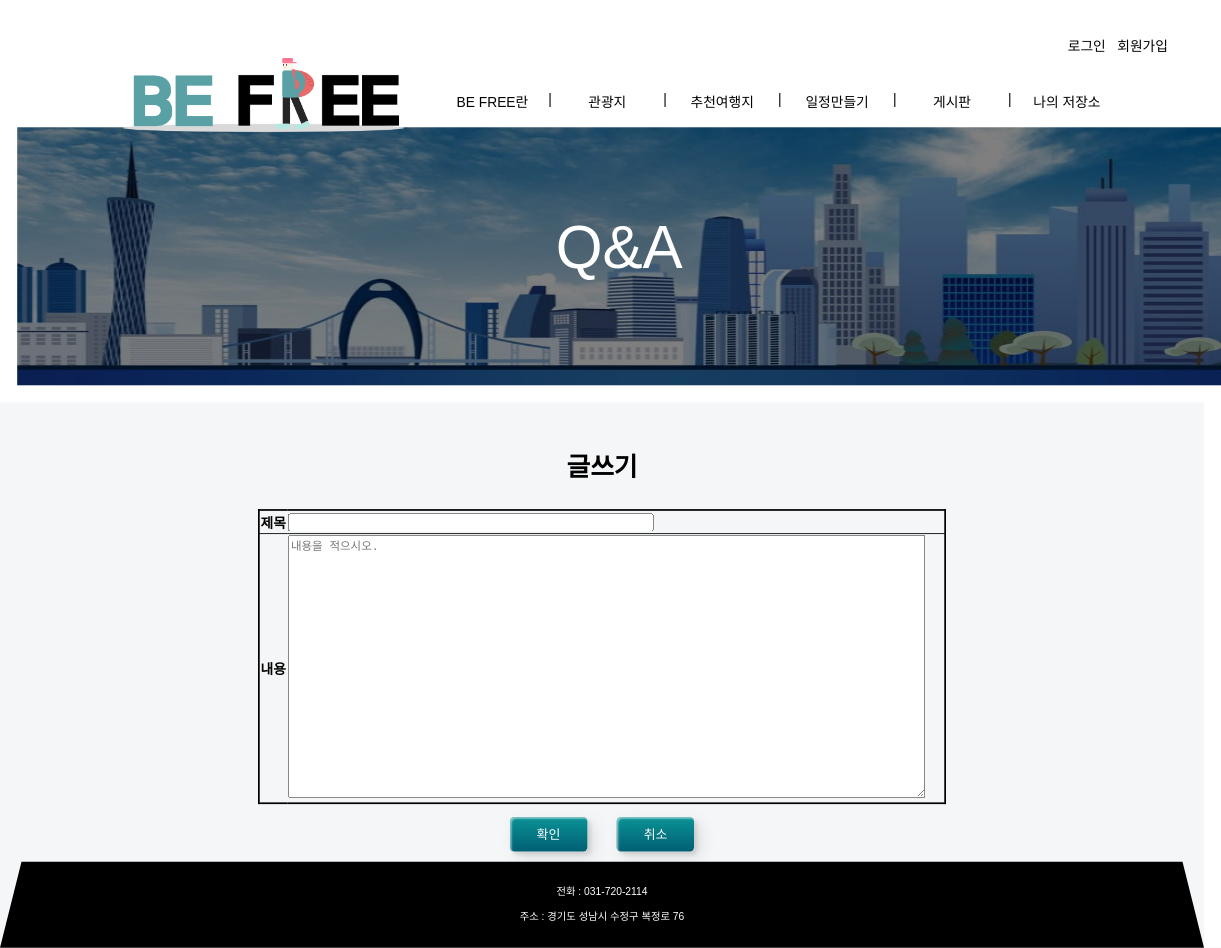
Repository: 1912087/Klavier_Piano
Page: http://localhost/notice/write.jsp
The author's editor kept a copy of each file at every save. The page is drawn from the files as they stood at one save, then again after the next save.
The browser window is 1280 px wide. The page is 1420 px wide, so the pictures cover 1420 px, including what lies to the right of the window. The pictures show the whole page, at 86% of full size.
Backgrounds fixed to the window are drawn as part of the page. Some web fonts or font styles are not loaded; a fallback is used. The page is served by Tomcat 9. Other server files are loaded and not shown.

Above is the page before, as saved 2021-11-10 15:15:21.

### Notice/notice/WebContent/write.jsp
<%@ page language="java" contentType="text/html; charset=UTF-8"
    pageEncoding="UTF-8"%>


<!DOCTYPE html>
<html>
    <head>
        <meta charset="UTF-8">
        <link rel="preconnect" href="https://fonts.googleapis.com">
        <link rel="preconnect" href="https://fonts.gstatic.com" crossorigin>
        <link href="https://fonts.googleapis.com/css2?family=Gowun+Dodum&display=swap" rel="stylesheet">
        <link rel="preconnect" href="https://fonts.googleapis.com">
        <link rel="preconnect" href="https://fonts.gstatic.com" crossorigin>
        <link href="https://fonts.googleapis.com/css2?family=Black+Han+Sans&display=swap" rel="stylesheet">
    	<link href="${pageContext.request.contextPath}/css/write_design.css" rel="stylesheet" type="text/css">
        <title>BE FREE</title>
    </head>
    <body>
        <% // 메인 페이지로 이동했을 때 세션에 값이 담겨있는지 체크
			String userID = null;
			if(session.getAttribute("userID") != null){
				userID = (String)session.getAttribute("userID");
			}
		%>
        <div class="all">
            <div class="main">
                <header>
                    <div class="name">
                    </div>

					<%
						// 로그인 하지 않았을 때 보여지는 화면
						if(userID == null){
					%>
                            <ul class="login">
                                <li><a href="login.jsp">로그인</a></li> &nbsp;
                                <li><a href="clause.jsp">회원가입</a></li>
                            </ul>
                    <%
						// 로그인이 되어 있는 상태에서 보여주는 화면
						}else{
					%>
                            <ul class="login">
                                <li><a href="logoutAction.jsp">로그아웃</a></li> &nbsp;
                                <li><a href="main.jsp">회원관리</a></li>
                            </ul>
                    <%
						}
					%>

                    <nav>
                        <div class="title_menu">
                            <a href="main.jsp"><img class="logo" src="images/BE_FREE.png"></a>
                            <ul id="main-menu">
                                <li><a href="회사소개.html">BE FREE란</a></li>
                                <li><a href="#">관광지</a></li>
                                <li><a href="#">추천여행지</a>
                                    <ul id="sub-menu">
                                        <li><a href="문의하기.html">추천여행지</a></li>
                                        <li><a href="공지사항.html">추천여행일정</a></li>
                                    </ul>
                                </li>
                                <li><a href="#">일정만들기</a></li>
                                <li><a href="#">게시판</a>
                                    <ul id="sub-menu">
                                        <li><a href="공지사항.html">공지사항</a></li>
                                        <li><a href="Q&A.jsp">Q&A</a></li>
                                    </ul>
                                </li>
                                <li><a href="#">나의 저장소</a>
                                    <ul id="sub-menu">
                                        <li><a href="나의찜목록.html">나의 찜 목록</a></li>
                                        <li><a href="나의여행일정.html">나의 여행 일정</a></li>
                                    </ul>
                                </li>
                            </ul>
                        </div>
                    </nav>
                    <div class="hd">
                        <div class="ment">
                          Q&A
                        </div>
                    </div>
                </header>
            </div>

            <div class="se">
                <section>
                    <div class="item_list">
                        <p class="write">글쓰기</p>
                        <form method="post" action="writeAction.jsp">
	                        <table>
	                            <tr><th>제목</th><td><input type="text" name="QTITLE" size="50"></td></tr>
	                            <tr><th>내용</th><td><textarea cols="90" rows="20" name="QCONTENT" placeholder="내용을 적으시오."></textarea></td></tr>
	                        </table>
	                        <div class="a3">
	                        <button class="custom-btn btn-5"><span><a id="btn">확인</a></span></button>
	                        <button type="reset" class="custom-btn btn-5" onclick="location.href='notice.jsp'"><span><a id="btn">취소</a></span></button>
	                        </div>
                        </form>

                    </div>
                </section>

	            <footer>
	                <p style="padding: 25px 0px 0px 0px;">전화 : 031-720-2114</p>
	                <p>주소 : 경기도 성남시 수정구 복정로 76</p>
	            </footer>
            </div>
        </div>
    </body>
</html>

### Notice/notice/WebContent/css/write_design.css
            body { margin:0 auto; padding:20px 0 0 0; font-family: 'Gowun Dodum', sans-serif;}
            li { display: inline-block; list-style: none; }
            a { text-decoration: none; color:black;}
            header{ display: inline-block; width: 1400px; margin: 0 auto;}
            .hd {
                background-image: url('images/town_2.jpg');
                background-size:over;
                background-size:100% 100%;
                background-attachment: fixed;
                width:1400px;
                height:300px;
                background-repeat: no-repeat;
                margin-top:-20px;
            }
            .main{
                margin: 0 auto;
                padding: 20px;
                text-align: center;
            }
            .logo{
                /*margin-top: 30px;
                display: flex;
                position : relative;*/
                height: 100px;
                /*left: 7%*/
            }
            .login { margin-right: 62px; /*float: right;*/ }
            header ul{ text-align: right; }
            .p {
                height:60px;
                z-index: 1;
                width:1500px;
                margin:0;
                padding:0;
             }
             nav {
                display: flex;
                justify-content: center;
                position: relative;
                /* background: black; */
                margin: 0 auto;
                /* width: 95%; */
                /* position: absolute; */
                /* left: 10%;*/
            }
            ul, li {
                margin: 0;
                padding: 0;
                list-style: none;
                text-decoration: none;
            }

            nav > ul > li{
                width: 130px;
            }
            .se{
                background-color: white;
                /*position: absolute;
                top: 733px;
                left: 4%;*/
	            margin: 0 auto;
	            width: 1400px;
            }
            #main-menu{
                /*background: black;*/
                height: 40px;
                /* position: relative; */
                /* top: 50%; */
                justify-content: center;
                margin: 35px 0px 0px 20px;
                float: right;
                width: 810px;
            }
            #main-menu > li > a {
                /*color:white;*/
                text-align: center;
                line-height: 39px;
                padding: 0px 20px 0px 15px;
                text-shadow: 1px 1px 1px white(0, 0, 0, 0.39);
                width: 90px;
                float: right;
            }

            #main-menu > li::before{
                content: "|";
                float: right;
                display: block;
                margin-top: 7.7px;
            }
            #main-menu > li:last-child::before{
                content: "";
            }
            #main-menu > li> .logo{
                width: 120px;
            }

            #sub-menu {
                width:120px;
                position: absolute;
                opacity: 0;
                visibility: hidden;
                background-color: rgba(255, 255, 255, 0.801);
                border-top: 2px solid gold;
                text-align: center;
                top: 74px;
            }

            #sub-menu > li {
                display: block;
                font-size:13px;
                padding: 10px 10px;
            }

            #main-menu > li:hover #sub-menu {
                z-index: 1;
                opacity: 1;
                visibility: visible;
            }
            #sub-menu > li > a:hover { text-decoration:underline; color:gray; }
            .event ul li { list-style: none; display: inline-block; }
            section div img { width: 100%; }
            .ment {
                margin :0 auto;
                float:left;
                width:100%;
                font-size:100px;
                text-align: center;
                margin-top:100px;
                color:rgb(255, 255, 255);
                font-size: 70px;
            }
            section{width:1400px;margin:0 auto; padding-top:50px;}
            .a1{ text-align: center; font-weight: bold; font-size:30px;}
           /*.a2{background-color:gray; color:white; border-bottom: 2px solid black; padding:5px; margin-top:10px;}*/


            footer{
                clear:both;
                margin:0;
                /*background-color: rgb(22, 20, 20);*/
                color:white;
                text-align: center;
                /*padding:15px;*/
                font-size: 12px;
                position: relative;
                width: 1350px;
                bottom: 0;
                left: 0;
                border-bottom: 100px solid black;
				border-right: 25px solid transparent;
				border-left: 25px solid transparent;
				height: 0px;
            }
            .wrap {position: absolute;left: 0;bottom: 40px;width: 288px;height: 132px;margin-left: -144px;text-align: left;overflow: hidden;font-size: 12px;font-family: 'Malgun Gothic', dotum, '돋움', sans-serif;line-height: 1.5;}
            .wrap * {padding: 0;margin: 0;}
            .wrap .info {width: 286px;height: 120px;border-radius: 5px;border-bottom: 2px solid #ccc;border-right: 1px solid #ccc;overflow: hidden;background: #fff;}
            .wrap .info:nth-child(1) {border: 0;box-shadow: 0px 1px 2px #888;}
            .info .title {padding: 5px 0 0 10px;height: 30px;background: rgb(17, 38, 141);border-bottom: 1px solid #ddd;font-size: 18px;font-weight: bold; color: #fff;}
            .info .close {position: absolute;top: 10px;right: 10px;color: rgb(255, 255, 255);width: 17px;height: 17px;background: url('https://t1.daumcdn.net/localimg/localimages/07/mapapidoc/overlay_close.png');}
            .info .close:hover {cursor: pointer;}
            .info .body {position: relative;overflow: hidden;}
            .info .desc {position: relative;margin: 13px 0 0 90px;height: 75px;}
            .desc .ellipsis {overflow: hidden;text-overflow: ellipsis;white-space: nowrap;}
            .desc .jibun {font-size: 11px;color: #888;margin-top: -2px;}
            .info .img {position: absolute;top: 6px;left: 5px;width: 73px;height: 71px;border: 1px solid #ddd;color: #888;overflow: hidden;}
            .info:after {content: '';position: absolute;margin-left: -12px;left: 50%;bottom: 0;width: 22px;height: 12px;background: url('https://t1.daumcdn.net/localimg/localimages/07/mapapidoc/vertex_white.png')}
            .info .link {color: #5085BB;}
            .item_list{
                text-align: center;
                width: 940px;
                margin: 0 auto;
            }
            .recommend_plan{
                display: inline-block;
                /*text-align: center;*/
                margin: 0px;
            }
            .item_section{
                float: left;
                /*width: 300px;
                box-shadow: 5px 5px 5px gray;
                border: 1px solid rgb(184, 184, 184);
                border-radius: 5px;*/
                margin: 10px;
            }
            .item_btm_like{
                text-align: right;
                padding: 10px 20px 10px 10px;
                border-top: 1px solid rgb(184, 184, 184);
            }
            .item_title{
                font-size: 20px;
                margin: 0px 0px 0px 0px;
            }
            .item_plan{
                margin: 0px 0px 16px 0px;
                clear: left;
                text-align: left;
            }
            .item_img{
                margin: 20px;
                width: 200px;
            }

            .item_list2{
                width: 1400px;
                text-align: center;
                margin-top: 70px;
            }
            .table_travle{
                margin-left: auto;
                margin-right: auto;
            }
            .travle{
                /*border: 1px solid gray;*/
                padding-right: 60px;
            }
            .item_section2{
                float: left;
                /*width: 240px;*/
                /*box-shadow: 5px 5px 5px gray;*/
                border: 1px solid rgb(184, 184, 184);
                border-radius: 5px;
                margin: 10px;
            }
            .item_section3{
                float: left;
                /*width: 240px;*/
                /*box-shadow: 5px 5px 5px gray;
                border: 1px solid rgb(184, 184, 184);
                border-radius: 5px;*/
                margin: 10px;
            }
            .item_title2{
                margin: 0px 0px 20px 0px;
                font-size: 20px;
            }
            .item_btm_like2{
                text-align: right;
                padding: 10px 20px 10px 10px;
                border-top: 1px solid rgb(184, 184, 184);
            }
            .hash{
                /*width: 250px;*/
                padding: 20px;
                /*border: 1px solid rgb(240, 240, 240);
                border-radius: 150px;
                background-color: rgb(240, 240, 240);*/
            }
            .item_top_jeju{
                margin-top: 45px;
            }
            .item_title{
                font-size: 40px;
                font-weight: bold;
                font-family: 'Black Han Sans', sans-serif;
                color: rgb(255, 255, 255);
                -webkit-text-stroke-width: 0.5px;
                -webkit-text-stroke-color: rgb(0, 0, 0);
                float: left;
            }
            .item_sub{
                font-size: 40px;
                font-family: 'Black Han Sans', sans-serif;
                color: black;
                -webkit-text-stroke-width: 0px;
                margin: 0px 0px 0px 12px;
                float: left;
            }
            .back{
                background: linear-gradient(to right, #0052d4,#4364f7,#6fb1fc);
                height: 44px;
                padding: 5px;
            }
            .logo_img{
                width: 390px;
                padding: 74px 10px 74px 10px;
            }
            .site_logo{
                font-size: 40px;
                font-family: 'Black Han Sans', sans-serif;
                /*background: linear-gradient(to right top, #0052d4,#4364f7,#6fb1fc);
                color: transparent;
                -webkit-background-clip: text;
                -webkit-text-stroke-width: 0px;*/
                color: black;
                margin: 0px 0px 0px 0px;
            }
            .object_logo{
                font-size: 40px;
                font-family: 'Black Han Sans', sans-serif;
                /*background: linear-gradient(to right top, #0052d4,#4364f7,#6fb1fc);
                color: transparent;
                -webkit-background-clip: text;
                -webkit-text-stroke-width: 0px;*/
                color: black;
                margin: 0px 0px 0px 0px;
            }
            .logo_img3{
                width: 350px;
            }
            .item_list3{
                width: 1400px;
                text-align: center;
                margin-top: 70px;
            }
            .table_site{
                margin-left: auto;
                margin-right: auto;
            }
            .a2{
                font-size: 40px;
                font-family: 'Black Han Sans', sans-serif;
                /*background: linear-gradient(to right top, #0052d4,#4364f7,#6fb1fc);
                color: transparent;
                -webkit-background-clip: text;
                -webkit-text-stroke-width: 0px;*/
                color: black;
                margin: 0px 0px 0px 0px;
            }
            table{
                margin:0 auto;
                width:800px;
                height:200px;
                border:2px solid black;
                border-collapse:collapse;
                text-align: left;

            }
            tr td{
                height:15px;
                border-bottom:1px solid black;

            }
            th{
                border-bottom:1px solid black;
                height:15px;

            }
            td a:hover{color:gray; text-decoration:underline;}

            .w{
                width:60px;
                height:20px;
                float:right;
                margin:-10px 0 10px 0;
                text-align: center;

            }
            .w:hover a{color:rgb(0, 5, 54); text-decoration: underline;}
            .w:hover{transform:scale(1.1); }

            button{
                    margin:0 15px 0 15px;
                    padding:5px 20px;
            }
            .a3{
                text-align: center;
                width:300px;
                margin:0 auto;
                padding:15px 0 0 0;

            }
            .se{background-color: #f5f6f7;}

            .write{
                font-size: 30px;
                font-weight: bold;
                margin: 0 0 30px 0;

            }

            /* 5 */
            .custom-btn {
                width: 90px;
                height: 40px;
                color: #fff;
                border-radius: 5px;
                padding: 10px 25px;
                font-family: 'Lato', sans-serif;
                font-weight: 500;
                background: transparent;
                cursor: pointer;
                transition: all 0.3s ease;
                position: relative;
                display: inline-block;
                box-shadow:inset 2px 2px 2px 0px rgba(255,255,255,.5),
                7px 7px 20px 0px rgba(0,0,0,.1),
                4px 4px 5px 0px rgba(0,0,0,.1);
                outline: none;
            }
            .btn-5 {
                width: 90px;
                height: 40px;
                line-height: 42px;
                padding: 0;
                border: none;
                background: #005f73;
                background: linear-gradient(0deg, #005f73 0%, #0a9396 100%);
            }
            .btn-5:hover {
                color: #001219;
                background: transparent;
                box-shadow:none;
            }
            .btn-5:before,
            .btn-5:after{
                content:'';
                position:absolute;
                top:0;
                right:0;
                height:2px;
                width:0;
                background: #001219;
                box-shadow:
                -1px -1px 5px 0px #fff,
                7px 7px 20px 0px #0003,
                4px 4px 5px 0px #0002;
                transition:400ms ease all;
            }
            .btn-5:after{
                right:inherit;
                top:inherit;
                left:0;
                bottom:0;
            }
            .btn-5:hover:before,
            .btn-5:hover:after{
                width:100%;
                transition:800ms ease all;
            }

            #btn{
                color: white;
                font-family: 'Gowun Dodum', sans-serif;
                font-size: 15px;
            }
            .btn-5:hover #btn{
                color: #001219;
                font-weight: bold;
            }
            .notice_check{
                float: right;
                margin-right: 70px;
                margin-top: 15px;
            }
            .t1{
                background: #001219;
                color: white;
                font-size: 17px;
                border-radius: 0 54px;
                border-bottom: 1px solid white;
                height: 40px;
                width: 200px;
            }
            .t2{
                background: #001219;
                color: white;
                font-size: 17px;
                border-radius: 54px 0;
                border-bottom: 1px solid white;
                height: 40px;
                width: 200px;
            }
            .td{
                text-align: left;
                padding: 0 0 0 33px;
            }
            .content{
                height: 300px;
                vertical-align: top;
                text-align: left;
                padding: 20px 0 0 40px;
            }

After the next save:
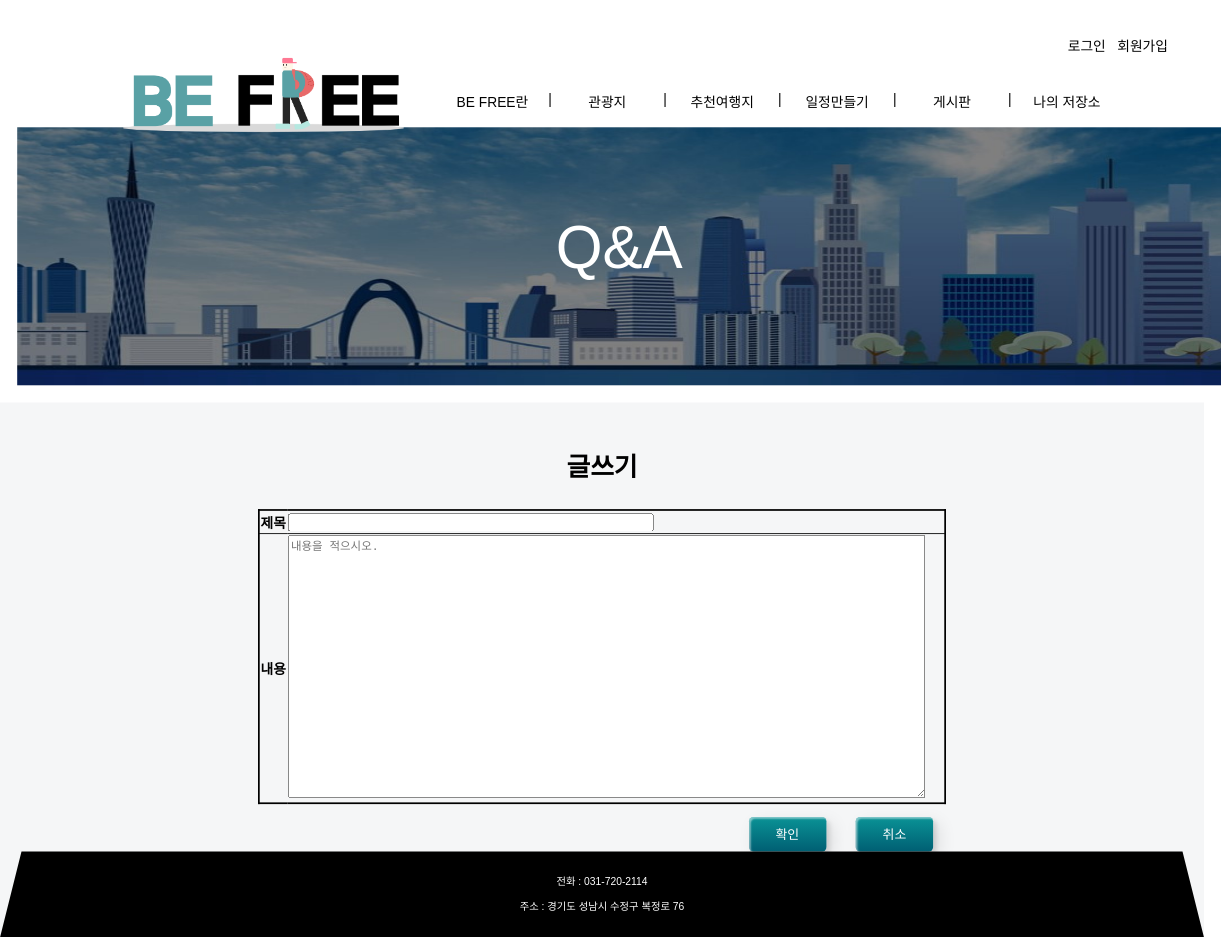
Saved 115 s later.
--- a/Notice/notice/WebContent/write.jsp
+++ b/Notice/notice/WebContent/write.jsp
@@ -93,7 +93,7 @@
 	                            <tr><th>제목</th><td><input type="text" name="QTITLE" size="50"></td></tr>
 	                            <tr><th>내용</th><td><textarea cols="90" rows="20" name="QCONTENT" placeholder="내용을 적으시오."></textarea></td></tr>
 	                        </table>
-	                        <div class="a3">
+	                        <div class="notice_check">
 	                        <button class="custom-btn btn-5"><span><a id="btn">확인</a></span></button>
 	                        <button type="reset" class="custom-btn btn-5" onclick="location.href='notice.jsp'"><span><a id="btn">취소</a></span></button>
 	                        </div>
